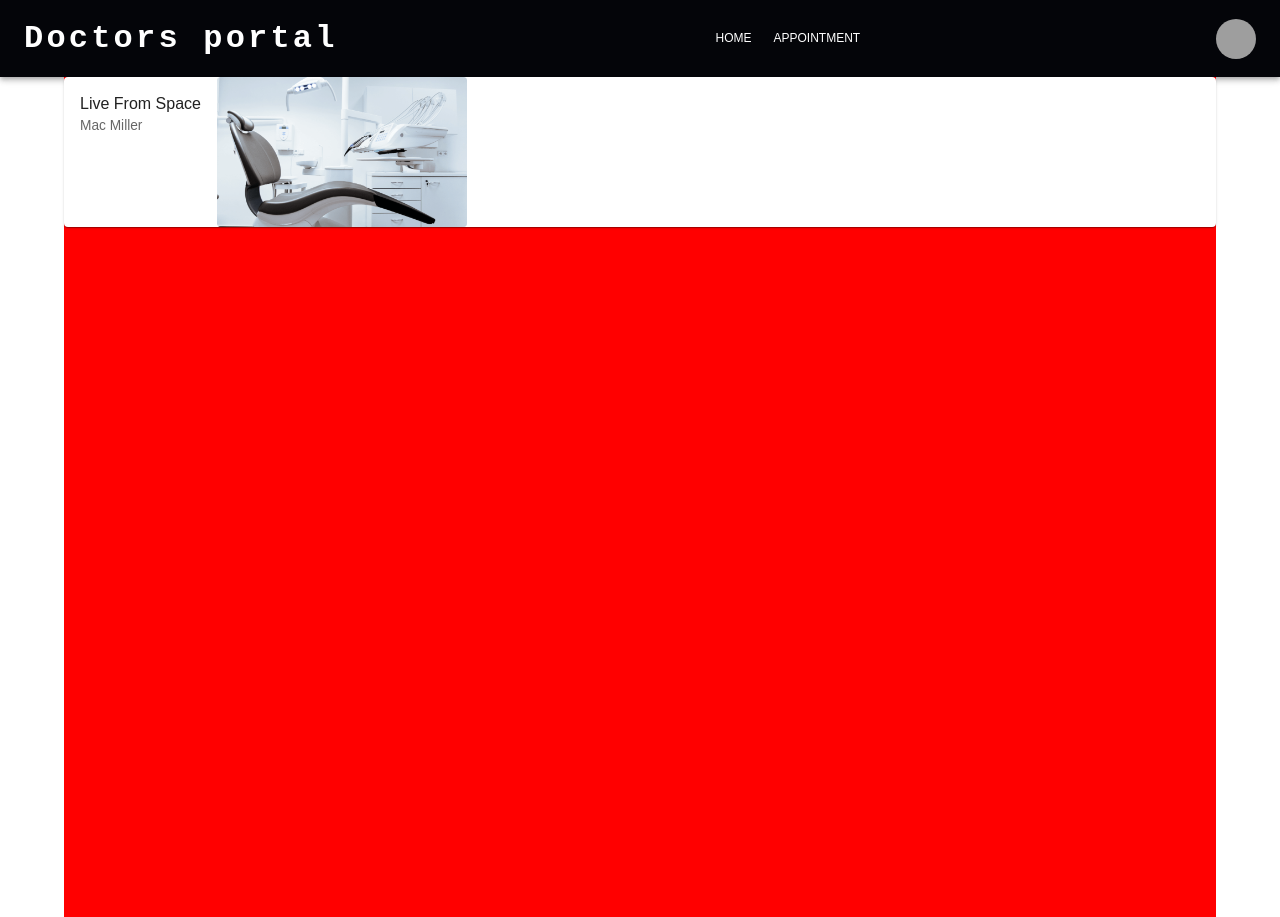
Repository: mdrubel02/health-care
Page: /
These files come from the project's save history. The page is drawn as it stood at one moment and after the next save; the edit follows.
The browser window is 1280 px wide. The pictures show the whole page.
Pictures or frames that could not be fetched are drawn as grey boxes. The project was rebuilt for these pictures with package versions that can differ from the ones it lists, and the page was loaded fresh each time. Also part of the build but not shown: src/Pages/Appointment/Appointment.js.

Above is the page before, as saved 2022-11-14 16:00:28.

### src/index.js
import React from 'react';
import ReactDOM from 'react-dom';
import './index.css';
import App from './App';
import reportWebVitals from './reportWebVitals';
import { ColorContextProvider } from './Theme/Theme';

ReactDOM.render(
  <React.StrictMode>
    <ColorContextProvider>
      <App />
    </ColorContextProvider>
  </React.StrictMode>,
  document.getElementById('root')
);

// If you want to start measuring performance in your app, pass a function
// to log results (for example: reportWebVitals(console.log))
// or send to an analytics endpoint. Learn more: https://bit.ly/CRA-vitals
reportWebVitals();

### src/App.js
import { RouterProvider } from 'react-router-dom';
import router from './Layout/router';

function App() {
  return (
    <div>
     <RouterProvider router={router}></RouterProvider>
    </div>
  );
}

export default App;

### src/Theme/Theme.js
import { createTheme, ThemeProvider } from "@mui/material";
import { createContext, useMemo, useState } from "react";

// color design tokens export
export const DrawerWidth = 250;
export const tokens = (mode) => ({
    ...(mode === "dark"
        ? {
            grey: {
                100: "#e0e0e0",
                200: "#c2c2c2",
                300: "#a3a3a3",
                400: "#858585",
                500: "#666666",
                600: "#525252",
                700: "#3d3d3d",
                800: "#292929",
                900: "#141414",
            },
            primary: {
                100: "#d0d1d5",
                200: "#a1a4ab",
                300: "#727681",
                400: "#1F2A40",
                500: "#141b2d",
                600: "#101624",
                700: "#0c101b",
                800: "#080b12",
                900: "#040509",
            },
            greenAccent: {
                100: "#dbf5ee",
                200: "#b7ebde",
                300: "#94e2cd",
                400: "#70d8bd",
                500: "#4cceac",
                600: "#3da58a",
                700: "#2e7c67",
                800: "#1e5245",
                900: "#0f2922",
            },
            redAccent: {
                100: "#f8dcdb",
                200: "#f1b9b7",
                300: "#e99592",
                400: "#e2726e",
                500: "#db4f4a",
                600: "#af3f3b",
                700: "#832f2c",
                800: "#58201e",
                900: "#2c100f",
            },
            blueAccent: {
                100: "#e1e2fe",
                200: "#c3c6fd",
                300: "#a4a9fc",
                400: "#868dfb",
                500: "#6870fa",
                600: "#535ac8",
                700: "#3e4396",
                800: "#2a2d64",
                900: "#151632",
            },
        }
        : {
            grey: {
                100: "#141414",
                200: "#292929",
                300: "#3d3d3d",
                400: "#525252",
                500: "#666666",
                600: "#858585",
                700: "#a3a3a3",
                800: "#c2c2c2",
                900: "#e0e0e0",
            },
            primary: {
                100: "#040509",
                200: "#080b12",
                300: "#0c101b",
                400: "#f2f0f0", // manually changed
                500: "#141b2d",
                600: "#1F2A40",
                700: "#727681",
                800: "#a1a4ab",
                900: "#d0d1d5",
            },
            greenAccent: {
                100: "#0f2922",
                200: "#1e5245",
                300: "#2e7c67",
                400: "#3da58a",
                500: "#4cceac",
                600: "#70d8bd",
                700: "#94e2cd",
                800: "#b7ebde",
                900: "#dbf5ee",
            },
            redAccent: {
                100: "#2c100f",
                200: "#58201e",
                300: "#832f2c",
                400: "#af3f3b",
                500: "#db4f4a",
                600: "#e2726e",
                700: "#e99592",
                800: "#f1b9b7",
                900: "#f8dcdb",
            },
            blueAccent: {
                100: "#151632",
                200: "#2a2d64",
                300: "#3e4396",
                400: "#535ac8",
                500: "#6870fa",
                600: "#868dfb",
                700: "#a4a9fc",
                800: "#c3c6fd",
                900: "#e1e2fe",
            },
        }),
});

// mui theme settings
export const themeSettings = (mode) => {
    const colors = tokens(mode);
    return {
        palette: {
            mode: mode,
            ...(mode === "dark"
                ? {
                    // palette values for dark mode
                    primary: {
                        main: colors.primary[500],
                    },
                    secondary: {
                        main: colors.greenAccent[500],
                    },
                    neutral: {
                        dark: colors.grey[700],
                        main: colors.grey[500],
                        light: colors.grey[100],
                    },
                    background: {
                        default: colors.primary[500],
                    },
                }
                : {
                    // palette values for light mode
                    primary: {
                        main: colors.primary[100],
                    },
                    secondary: {
                        main: colors.greenAccent[500],
                    },
                    neutral: {
                        dark: colors.grey[700],
                        main: colors.grey[500],
                        light: colors.grey[100],
                    },
                    background: {
                        default: "#fcfcfc",
                    },
                }),
        },
        components: {

            MuiButton: {
                defaultProps: {
                    disableRipple: true,
                    disableElevation: true,
                    styleOverrides: {
                        textDecoration: 'none',
                        "&:hover": {
                            color: "#fff"
                        }
                    },
                },
                MuiTooltip: {
                    defaultProps: {
                      arrow: true,
                    },
                    styleOverrides: {
                      tooltip: {
                        background: '',
                      },
                      arrow: {
                        color: '',
                      },
                    },
                  },
            },
            MuiDrawer: {
                styleOverrides: {
                  paper: {
                    width: DrawerWidth,
                    background: '',
                    color: '',
                    borderRadius: '0px 100px 0px 0px',
                    borderRight: `1px solid `
                  }
                }
              },
              MuiDivider: {
                styleOverrides: {
                  root: {
                    borderColor: 'gray'
                  }
                }
              },
        },
        typography: {
            fontFamily: ["Source Sans Pro", "sans-serif"].join(","),
            fontSize: 12,
            h1: {
                fontFamily: ["Source Sans Pro", "sans-serif"].join(","),
                fontSize: 40,
            },
            h2: {
                fontFamily: ["Source Sans Pro", "sans-serif"].join(","),
                fontSize: 32,
            },
            h3: {
                fontSize: '1.3rem',
                letterSpacing: '0rem',
                '@media (min-width:600px)': {
                  fontSize: '2rem',
                },
            },
            h4: {
                fontFamily: ["Source Sans Pro", "sans-serif"].join(","),
                fontSize: 20,
            },
            h5: {
                fontFamily: ["Source Sans Pro", "sans-serif"].join(","),
                fontSize: 16,
            },
            h6: {
                fontFamily: ["Source Sans Pro", "sans-serif"].join(","),
                fontSize: 14,
            },
        },
    };
};

export const ColorModeContext = createContext({
    toggleMode: () => { },
    mode: "light"
})


export const ColorContextProvider = ({ children }) => {
    const [mode, setMode] = useState("light")

    const colorMode = useMemo(() => ({
        toggleMode: () => setMode(prevMode => prevMode === "light" ? "dark" : "light"),
        mode
    }), [mode])
    const theme = useMemo(() => createTheme(themeSettings(mode)), [mode]);

    return (
        <ColorModeContext.Provider value={colorMode}>
            <ThemeProvider theme={theme}>
                {children}
            </ThemeProvider>
        </ColorModeContext.Provider>
    )
}

### src/Layout/router.js
import { createBrowserRouter } from "react-router-dom";
import Appointment from "../Pages/Appointment/Appointment";
import Home from "../Pages/Home/Home";
import Main from "./Main";


const router = createBrowserRouter([{
    path: '/',
    element: <Main/>,
    children: [
        {path: '/',element: <Home/>},
        {path: '/home',element: <Home/>},
        {path: '/appointment',element: <Appointment/>},
    ]
}])
export default router;

### src/Pages/Home/Home.js
import { Container } from '@mui/material';
import React from 'react';
import Banner from './Banner/Banner';

const Home = () => {
    return (
        <Container>
           <Banner />
        </Container>
    );
};

export default Home;

### src/Layout/Main.js
import React from 'react';
import { Outlet } from 'react-router-dom';
import Header from '../Pages/Header/Header';

const Main = () => {
    return (
        <div>
           <Header/>
           <Outlet/>

        </div>
    );
};

export default Main;

### src/Pages/Home/Banner/Banner.js
import React from 'react';
import { Box, Card, CardContent, CardMedia, Typography } from '@mui/material';
import chair from '../../../assets/images/chair.png'

const Banner = () => {
    return (
        <Box sx={{height: '840px' , backgroundColor: 'red'}}>
            <Card sx={{ display: 'flex' }}>
                <Box sx={{ display: 'flex', flexDirection: 'column' }}>
                    <CardContent sx={{ flex: '1 0 auto' }}>
                        <Typography component="div" variant="h5">
                            Live From Space
                        </Typography>
                        <Typography variant="subtitle1" color="text.secondary" component="div">
                            Mac Miller
                        </Typography>
                    </CardContent>

                </Box>
                <CardMedia
                    component="img"
                    sx={{ width: 250 }}
                    image={chair}
                    alt="Live from space album cover"
                />
            </Card>
        </Box>
    );
};

export default Banner;

### src/Pages/Header/Header.js
import { AppBar, Avatar, Box, Button, Container, IconButton, Menu, MenuItem, Toolbar, Tooltip, Typography, useTheme } from '@mui/material';
import AdbIcon from '@mui/icons-material/Adb';
import MenuIcon from '@mui/icons-material/Menu';
import { Link as RouterLink } from 'react-router-dom';
import React, { useState } from 'react';
import { tokens } from '../../Theme/Theme';
// import { Link } from 'react-router-dom';
import './Header.css'


const settings = ['Profile', 'Account', 'Dashboard', 'Logout'];

const Header = () => {
    const theme = useTheme();
    const colors = tokens(theme.palette.mode);
    const [anchorElNav, setAnchorElNav] = useState(null);
    const [anchorElUser, setAnchorElUser] = useState(null);

    const items = <React.Fragment>
        <Button sx={{ color: 'white' }} component={RouterLink} to="/home">Home</Button>
        <Button sx={{ color: 'white' }} component={RouterLink} to="/appointment">Appointment</Button>
    </React.Fragment>

    const handleOpenNavMenu = (event) => {
        setAnchorElNav(event.currentTarget);
    };
    const handleOpenUserMenu = (event) => {
        setAnchorElUser(event.currentTarget);
    };

    const handleCloseNavMenu = () => {
        setAnchorElNav(null);
    };

    const handleCloseUserMenu = () => {
        setAnchorElUser(null);
    };
    return (
        <AppBar position="static">
            <Container maxWidth="xl">
                <Toolbar disableGutters>

                    <Typography
                        variant="h3"
                        noWrap
                        component="a"
                        href="/"
                        sx={{
                            mr: 2,
                            display: { xs: 'none', md: 'flex' },
                            fontFamily: 'monospace',
                            fontWeight: 700,
                            letterSpacing: '.2rem',
                            color: 'inherit',
                            textDecoration: 'none',
                        }}
                    >
                        Doctors portal
                    </Typography>

                    <Box className='middle' sx={{ flexGrow: 1, display: { xs: 'flex' ,  md: 'none' },justifyContent: 'center' }}>
                        <IconButton
                            size="large"
                            aria-label="account of current user"
                            aria-controls="menu-appbar"
                            aria-haspopup="true"
                            onClick={handleOpenNavMenu}
                            color="inherit"
                        >
                            <MenuIcon />
                        </IconButton>
                        <Menu
                            id="menu-appbar"
                            anchorEl={anchorElNav}
                            anchorOrigin={{
                                vertical: 'bottom',
                                horizontal: 'left',
                            }}
                            keepMounted
                            transformOrigin={{
                                vertical: 'top',
                                horizontal: 'left',
                            }}
                            open={Boolean(anchorElNav)}
                            onClose={handleCloseNavMenu}
                            sx={{
                                display: { xs: 'block', md: 'none' },
                            }}
                        >

                            <MenuItem onClick={handleCloseNavMenu}>
                                <Typography variant="h5" sx={{ color: 'withe' }} textAlign="center">{items}</Typography>
                            </MenuItem>

                        </Menu>
                    </Box>

                    <Typography
                        variant="h3"
                        noWrap
                        component="a"
                        href=""
                        sx={{
                            mr: 2,
                            display: { xs: 'flex', md: 'none' },
                            flexGrow: 1,
                            fontFamily: 'monospace',
                            fontWeight: 700,
                            letterSpacing: '.3rem',
                            color: 'inherit',
                            textDecoration: 'none',
                        }}
                    >
                        Doctors portal
                    </Typography>
                    <Box sx={{ flexGrow: 1, display: { xs: 'none', md: 'flex' } }}>

                        <Button

                            onClick={handleCloseNavMenu}
                            sx={{ color: `${colors.grey[400]} !important`, my: 2, display: 'block' }}
                        >
                            {items}
                        </Button>

                    </Box>

                    <Box sx={{ flexGrow: 0 }}>
                        <Tooltip title="Open settings">
                            <IconButton onClick={handleOpenUserMenu} sx={{ p: 0 }}>
                                <Avatar alt="Remy Sharp" src="/static/images/avatar/2.jpg" />
                            </IconButton>
                        </Tooltip>
                        <Menu
                            sx={{ mt: '45px' }}
                            id="menu-appbar"
                            anchorEl={anchorElUser}
                            anchorOrigin={{
                                vertical: 'top',
                                horizontal: 'right',
                            }}
                            keepMounted
                            transformOrigin={{
                                vertical: 'top',
                                horizontal: 'right',
                            }}
                            open={Boolean(anchorElUser)}
                            onClose={handleCloseUserMenu}
                        >
                            {settings.map((setting) => (
                                <MenuItem key={setting} onClick={handleCloseUserMenu}>
                                    <Typography textAlign="center">{setting}</Typography>
                                </MenuItem>
                            ))}
                        </Menu>
                    </Box>
                </Toolbar>
            </Container>
        </AppBar>
    );
};

export default Header;

### src/Pages/Header/Header.css
.lip{
    color: white;
}
.css-1t6c9ts{
    justify-content: center;
}

Loaded but not shown: public/index.html (common file); src/index.css (common file); src/reportWebVitals.js (common file)

After the next save:
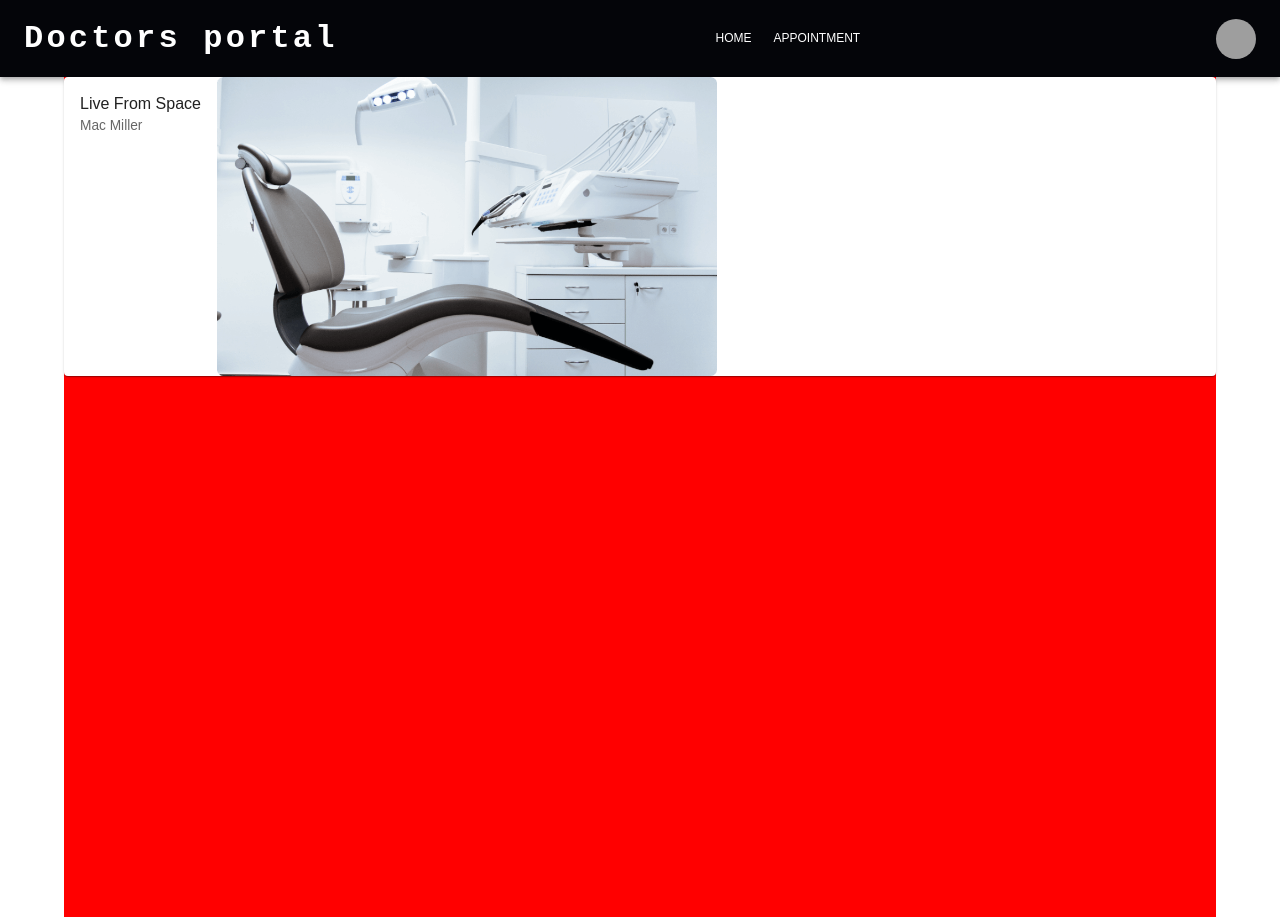
Saved 10 s later.
--- a/src/Pages/Home/Banner/Banner.js
+++ b/src/Pages/Home/Banner/Banner.js
@@ -19,7 +19,7 @@ const Banner = () => {
                 </Box>
                 <CardMedia
                     component="img"
-                    sx={{ width: 250 }}
+                    sx={{ width: 500 }}
                     image={chair}
                     alt="Live from space album cover"
                 />
